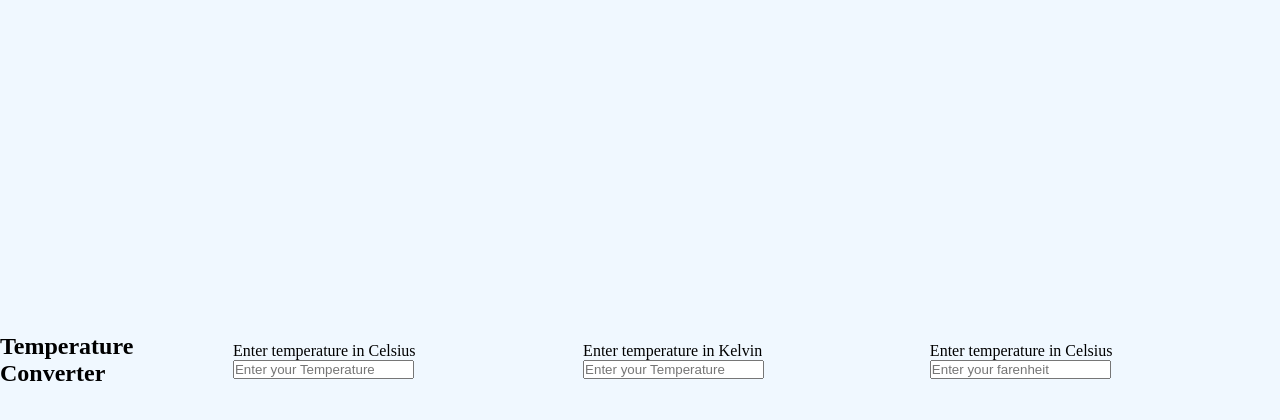
Repository: JunaidAnsari202/Temperature-Converter
Page: index.html
These files come from the project's save history. The page is drawn as it stood at one moment and after a run of saves; the edit follows.
The browser window is 1280 px wide. The pictures show the whole page.

Above is the page before, as saved 2024-10-16 11:03:18.
Not found: script,js

### index.html
<!DOCTYPE html>
<html lang="en">
<head>
    <meta charset="UTF-8">
    <meta name="viewport" content="width=device-width, initial-scale=1.0">
    <title>Temperatue converter</title>
    <link rel="stylesheet" href="style.css">
</head>
<body>
  <div class="container">
    <div class="header">
        <h2>Temperature Converter</h2>
    </div>
  </div>
  <div class="input1">
    <label for="input1">  Enter temperature in Celsius </label>
    <input type="number" id="calsius" placeholder="Enter your Temperature">
  </div>
  <div class="input2">
    <label for="input2">  Enter temperature in Kelvin </label>
    <input type="number" id="kelvin" placeholder="Enter your Temperature">
  </div>
  <div class="input3">
    <label for="input3">  Enter temperature in Celsius </label>
    <input type="number" id="farenheit" placeholder="Enter your farenheit">
  </div>
    <script src="script,js"></script>
</body>
</html>

### style.css
*{
    margin: 0;
    padding: 0;
    box-sizing: border-box;
}

body{
    background-color: aliceblue;
    display: flex;
    justify-content: center;
    align-items: center;
    height: 100vh;
}

After the next 4 saves:
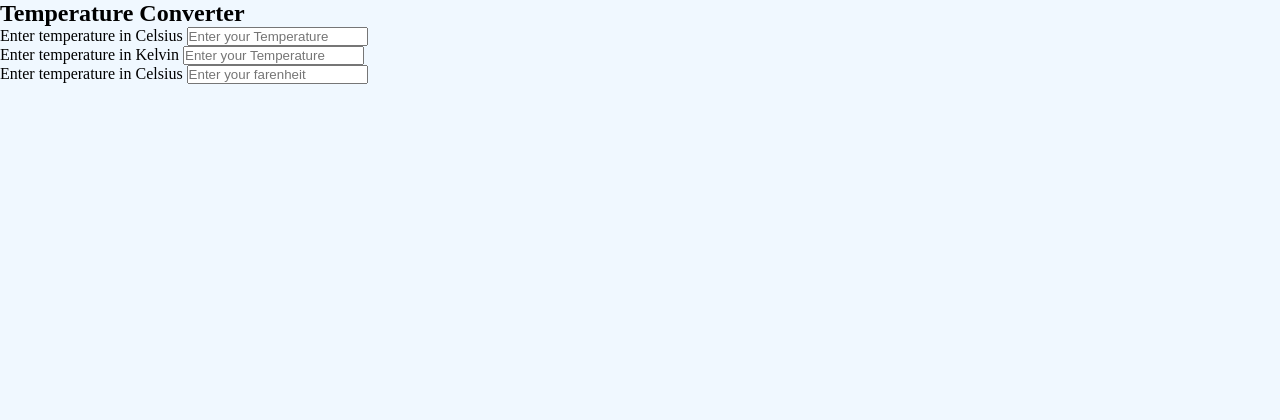
The 4 saves are shown as one change because they came seconds apart.
The last was saved 102 s later.
--- a/style.css
+++ b/style.css
@@ -6,8 +6,8 @@
 
 body{
     background-color: aliceblue;
-    display: flex;
-    justify-content: center;
-    align-items: center;
-    height: 100vh;
+    /* display: flex; */
+    /* justify-content: center; */
+    /* align-items: center; */
+    /* height: 100vh; */
 }

After the 4 saves that followed:
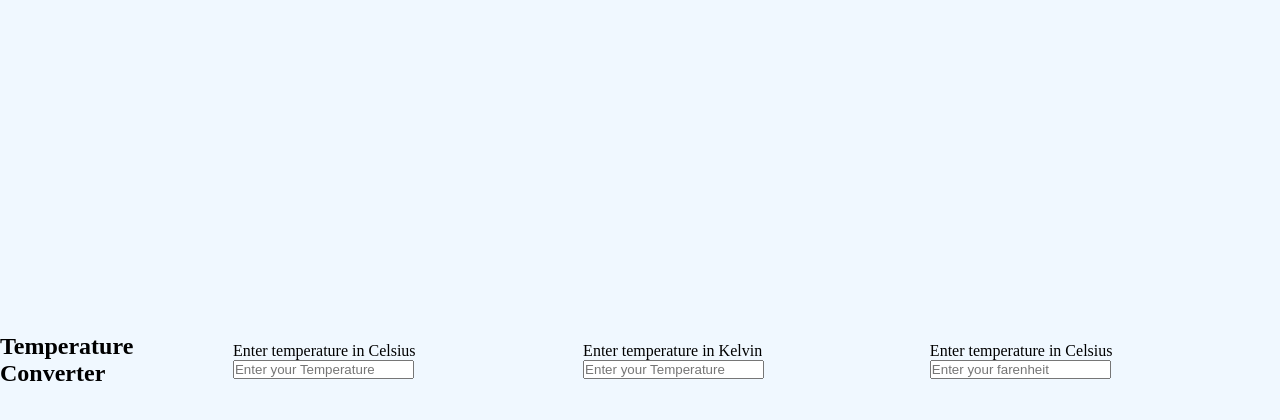
The 4 saves are shown as one change because they came seconds apart.
The last was saved 13 s later.
--- a/style.css
+++ b/style.css
@@ -6,8 +6,8 @@
 
 body{
     background-color: aliceblue;
-    /* display: flex; */
-    /* justify-content: center; */
-    /* align-items: center; */
-    /* height: 100vh; */
+    display: flex;
+    justify-content: center;
+    align-items: center;
+    height: 100vh;
 }
